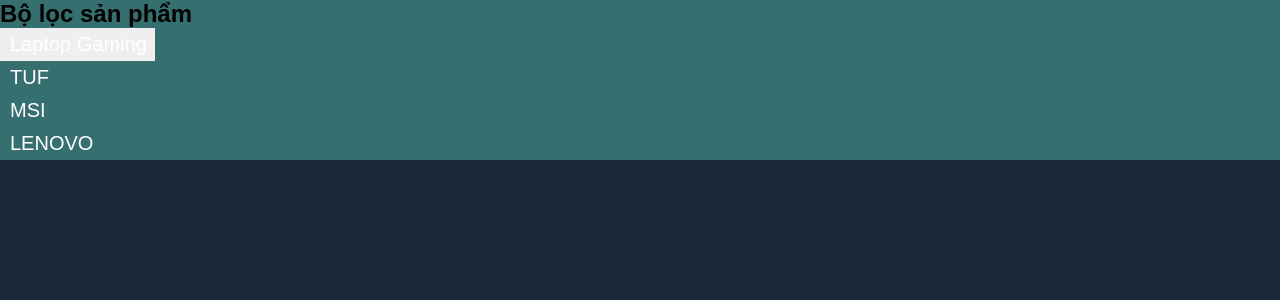
Repository: HPNChanel/DACS
Page: product.html
An editor plug-in stored every save of this project. The page is shown before and after the next save, followed by the edit.
The browser window is 1280 px wide. The pictures show the whole page.

Above is the page before, as saved 2023-04-11 17:29:55.

After the next save:
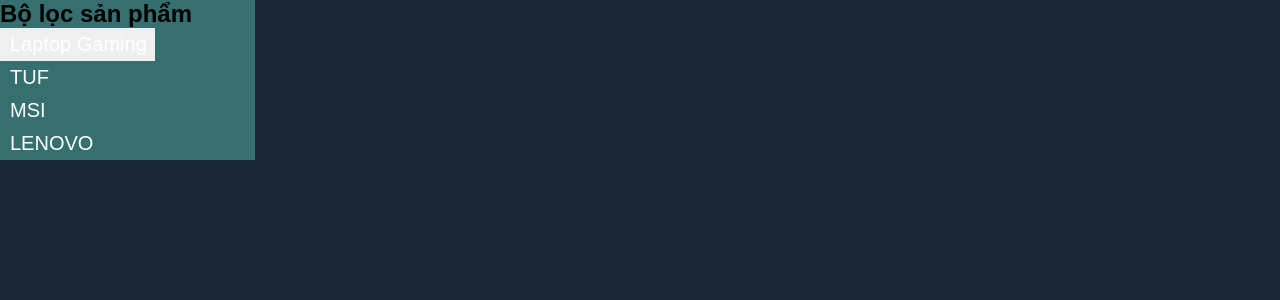
Saved 12 s later.
--- a/style/product.css
+++ b/style/product.css
@@ -18,6 +18,7 @@ body {
 }
 .sidebar {
     background-color: #366f6f;
+    width: 255px;
 }
 .sidebar a,
 .dropdown-btn {
